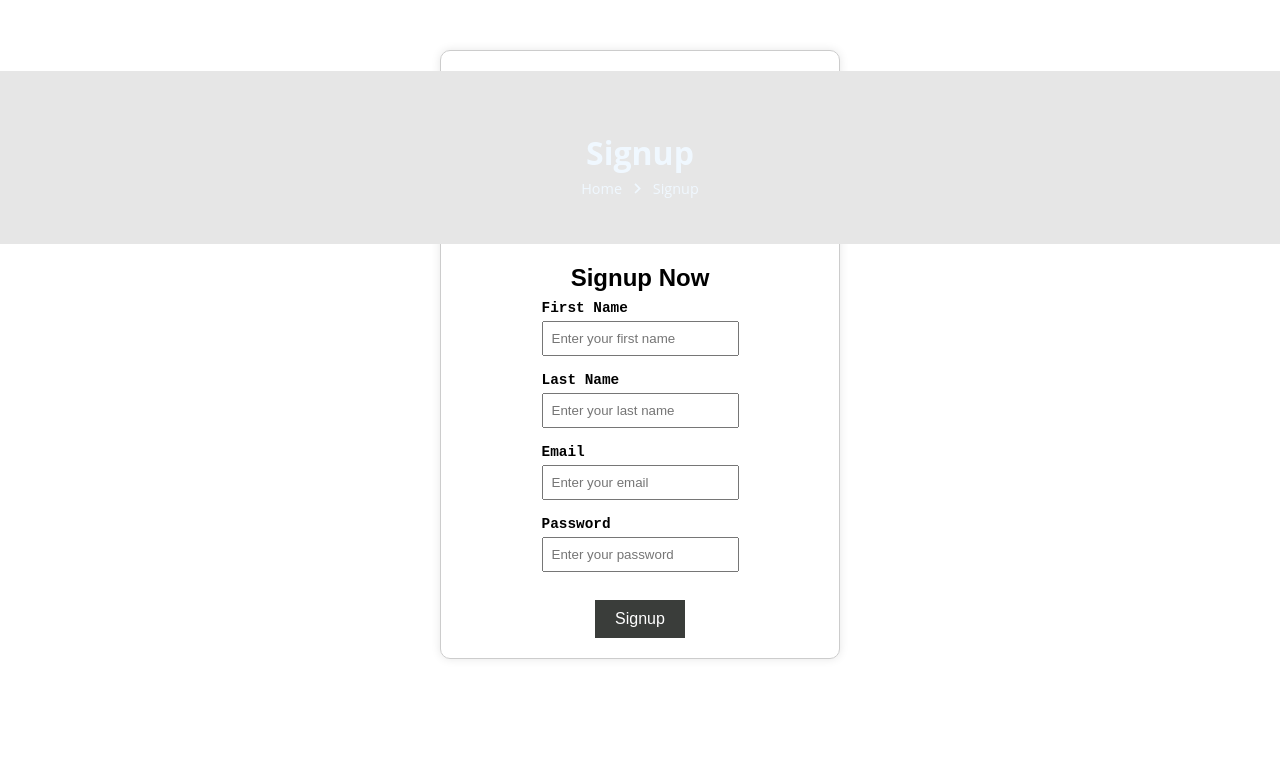
Repository: jkvekariya/Online-store-Management
Page: /auth/signup (app in frontend/client/)
These files come from the project's save history. The page is drawn as it stood at one moment and after the next save; the edit follows.
The browser window is 1280 px wide. The pictures show the whole page.
The project was rebuilt for these pictures with package versions that can differ from the ones it lists, and the page was loaded fresh each time. Also part of the build but not shown: frontend/client/vite.config.js, frontend/client/src/css/header.css, frontend/client/src/css/sidebar.css, frontend/client/src/components/Sidebar.jsx, frontend/client/src/context/CartContext.jsx, frontend/client/src/components/Header.jsx, frontend/client/src/css/footer.css, frontend/client/src/components/Footer.jsx and 11 more.

Above is the page before, as saved 2026-01-02 13:35:55.

### frontend/client/index.html
<!doctype html>
<html lang="en">
  <head>
    <meta charset="UTF-8" />
    <link rel="icon" type="image/svg+xml" href="/vite.svg" />
    <meta name="viewport" content="width=device-width, initial-scale=1.0" />
    <title>Online Store Management System</title>
  </head>
  <body>
    <div id="root"></div>
    <script type="module" src="/src/main.jsx"></script>
  </body>
</html>

### frontend/client/src/main.jsx
import React from 'react'
import ReactDOM from 'react-dom/client'
import { BrowserRouter } from 'react-router-dom'
import App from './App.jsx'
import './index.css'

ReactDOM.createRoot(document.getElementById('root')).render(
  <React.StrictMode>
    <BrowserRouter>
      <App />
    </BrowserRouter>
  </React.StrictMode>,
)

### frontend/client/src/App.jsx
import { Routes, Route } from "react-router-dom";

import AuthLayout from "./layout/AuthLayout";
import UserLayout from "./layout/UserLayout";
import AdminLayout from "./layout/AdminLayout";

import Login from "./pages/auth/Login";
import Signup from "./pages/auth/Signup";
import Home from "./pages/user/Home";
import Dashboard from "./pages/admin/Dashboard";
import Contact from "./pages/user/Contact";
import About from "./pages/user/About";
import Services from "./pages/user/Services";
import Shop from "./pages/user/Shop";

function App() {
  return (
    <Routes>

      {/* AUTH ROUTES */}
      <Route path="/auth" element={<AuthLayout />}>
        <Route path="login" element={<Login />} />
        <Route path="signup" element={<Signup />} />
      </Route>

      {/* USER ROUTES */}
      <Route path="/" element={<UserLayout />}>
        <Route index element={<Home />} />
        <Route path="pages/user/contact" element={<Contact />} />
        <Route path="pages/user/about" element={<About />} />
        <Route path="pages/user/services" element={<Services />} />
        <Route path="pages/user/shop" element={<Shop />} />
      </Route>

      {/* ADMIN ROUTES */}
      <Route path="/admin" element={<AdminLayout />}>
        <Route path="dashboard" element={<Dashboard />} />
      </Route>

    </Routes>
  );
}

export default App;

### frontend/client/src/index.css
* {
  margin: 0;
  padding: 0;
  box-sizing: border-box;
}

#root {
  min-height: 100vh;
}

### frontend/client/src/layout/AuthLayout.jsx
import { Outlet } from "react-router-dom";

const AuthLayout = () => {
  return (
    <div>
      {/* <h2>Auth Section</h2> */}
      <Outlet />
    </div>
  );
};

export default AuthLayout;

### frontend/client/src/pages/auth/Signup.jsx
import React, { useState } from 'react'
import "../../css/signup.css"
import Bodyheader from '../../components/BodyHeader';

const Signup = () => {

    const [email,setEMail] = useState("");
    const [password,setPassword] = useState("");
    const [firstName,setFirstName] = useState("");
    const [lastName,setLastName] = useState("");

  return (
    <>
    <div className='main-container'>
        <Bodyheader title="Signup" />
      <h2>Signup Now</h2>
      <div className='first-name-box'>
            <label htmlFor="text">First Name</label>
            <input type="text"
            id="first-name"
            value={firstName}
            onChange={(e) => setFirstName(e.target.value)}
            placeholder='Enter your first name'
            />
        </div>
        <div className='last-name-box'>
            <label htmlFor="text">Last Name</label>
            <input type="text"
            id="last-name"
            value={lastName}
            onChange={(e) => setLastName(e.target.value)}
            placeholder='Enter your last name'
            />
        </div>
        <div className='email-box'>
            <label htmlFor="email">Email</label>
            <input type="email"
            id="email"
            value={email}
            onChange={(e) => setEMail(e.target.value)}
            placeholder='Enter your email'
            />
        </div>
        <div className='password-box'>
            <label htmlFor="password">Password</label>
            <input type="password"
            id="password"
            value={password}
            onChange={(e) => setPassword(e.target.value)}
            placeholder='Enter your password'
            />
        </div>
      <div className='btn'>
            <button onClick={() => {}}>Signup</button>
      </div>
    </div>
    </>
  )
}

export default Signup

### frontend/client/src/css/login.css
.main-container{
    width: 400px;
    margin: auto;
    border: 1px solid #ccc;
    padding: 20px;
    border-radius: 10px;
    box-shadow: 0 0 10px rgba(0, 0, 0, 0.1);
    margin-top: 50px;
    font-family: Arial, sans-serif;
    display: flex;
    justify-content: center;
    align-items: center;
    flex-direction: column;
}

label{
    font-size: 0.9rem;
    display: block;
    font-family: 'Courier New', Courier, monospace;
    font-weight: 700;
    /* margin-bottom: 5px; */
}

.main-container .email-box,.password-box{
 margin: 0.5rem 0;
}

input{
    padding: 8px;
    width: 100%;
    margin-top: 5px;
}

.main-container h2{
    text-align: center;
    margin-top: 20px;
}

.btn{
    width: 100%;
    text-align: center;
}

button{
    margin-top: 20px;
    padding: 10px 20px;
    font-size: 16px;
    cursor: pointer;
    background-color: #3a3d3a;
    color: white;
    border: none;
}

### frontend/client/src/css/signup.css
.main-container{
    width: 400px;
    margin: auto;
    border: 1px solid #ccc;
    padding: 20px;
    border-radius: 10px;
    box-shadow: 0 0 10px rgba(0, 0, 0, 0.1);
    margin-top: 50px;
    font-family: Arial, sans-serif;
    display: flex;
    justify-content: center;
    align-items: center;
    flex-direction: column;
}

label{
    font-size: 0.9rem;
    display: block;
    font-family: 'Courier New', Courier, monospace;
    font-weight: 700;
    /* margin-bottom: 5px; */
}

.main-container .email-box,.password-box,.first-name-box,.last-name-box{
 margin: 0.5rem 0;
}

input{
    padding: 8px;
    width: 100%;
    margin-top: 5px;
}

.main-container h2{
    text-align: center;
    margin-top: 20px;
}

.btn{
    width: 100%;
    text-align: center;
}

button{
    margin-top: 20px;
    padding: 10px 20px;
    font-size: 16px;
    cursor: pointer;
    background-color: #3a3d3a;
    color: white;
    border: none;
}

### frontend/client/src/components/BodyHeader.jsx
import "../css/bodyheader.css"
import {Link} from 'react-router-dom'
import { MdKeyboardArrowRight } from "react-icons/md";

const Bodyheader = ({title}) => {
  return (
    <>
        <div className="b-header-bg">
            <div className="page-title">
                <h2>{title}</h2>
                <div className="ul-links">
                <ul>
                    <li>
                        <Link to='/Home'>Home</Link>
                    </li>
                       <li><MdKeyboardArrowRight/></li>
                    <li>
                        <Link to=''>{title}</Link>
                    </li>
                </ul>
                </div>
            </div>
        </div>
    </>
  )
}

export default Bodyheader;

### frontend/client/src/css/bodyheader.css
* {
    padding: 0;
    margin: 0;
    box-sizing: border-box;
  }

:root {
    --background-color: #E6E6E6;
}

  .b-header-bg {
    height: 24vh;
    width: 100vw;
    /* background-color: aqua; */
    background: var(--background-color);
    /* background-blend-mode: darken; */
    /* background-size: cover; */
    /* background-repeat: no-repeat; */
    /* background-position: center; */
    /* background-position-y: 56%; */
    display: flex;
    justify-content: center;
    align-items: center;
  }

  .b-header-bg .page-title {
    height: 10rem;
    width: 20rem;
    display: grid;
    place-items: center;
    align-content: center;
  }

  .b-header-bg .page-title h2 {
    font-size: 2rem;
    color: aliceblue;
    font-family: "Open Sans", sans-serif;
    font-weight: 700;
    font-style: normal;
    position: relative;
    z-index: 100;
  }

   .b-header-bg .page-title .ul-links ul{
    /* height: 4rem; */
    width: 10rem;
    display: flex;
    justify-content: center;
    align-items: center;
    gap:0;
  }

  .b-header-bg .page-title .ul-links ul li{
    /* height: 2rem; */
    display: flex;
    justify-content: center;
    align-items: center;
  }

  .b-header-bg .page-title .ul-links ul li svg{
      font-size: 1.3rem;
      color: aliceblue;
  }

  .b-header-bg .page-title .ul-links ul li a{
    width: max-content;
    text-decoration: none;
    padding: 5px;
    color: aliceblue;
    font-family: "Open Sans", sans-serif;
    font-weight: 400;
    font-size: 0.9rem;
    font-style: normal;
  }

  .b-header-bg .page-title .ul-links ul li a:hover{
      color: #dd2476;
  }

Loaded but not shown: frontend/client/src/css/header.css (no copy from this time; the picture is the same without it)

After the next save:
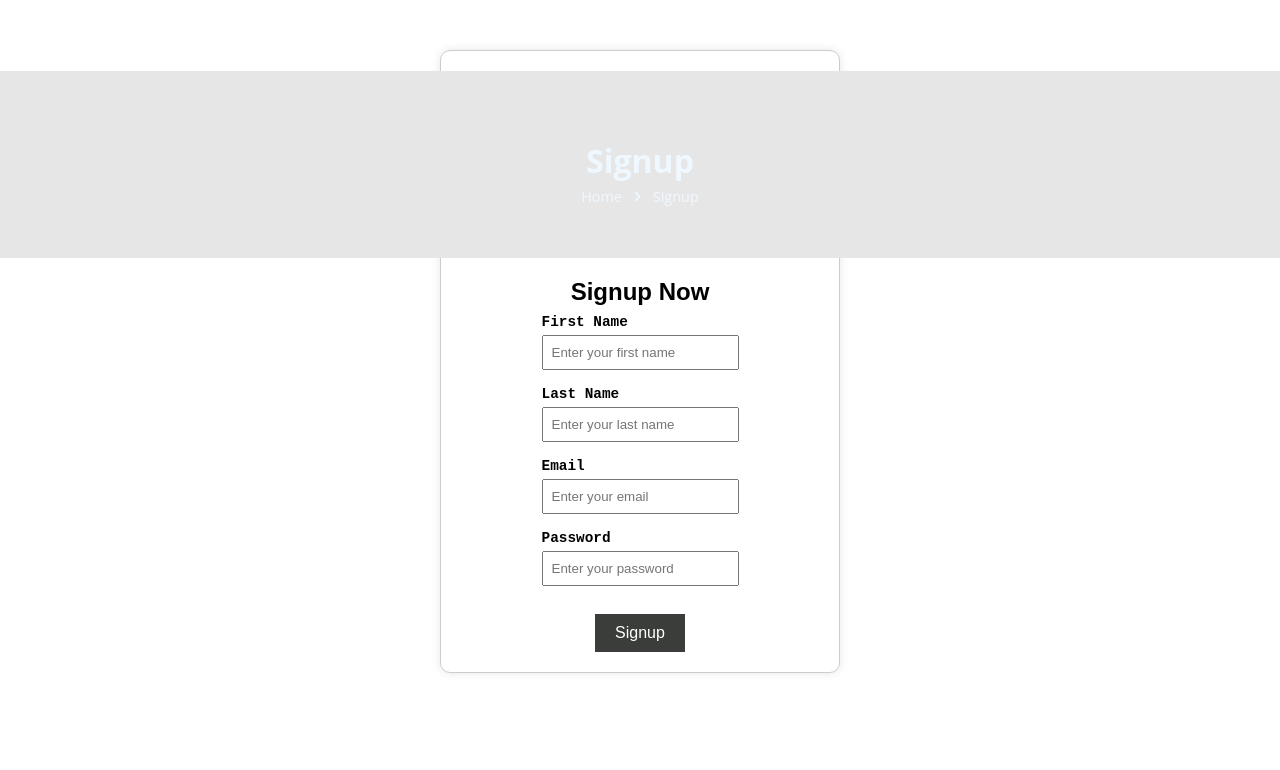
Saved 4 s later.
--- a/frontend/client/src/css/bodyheader.css
+++ b/frontend/client/src/css/bodyheader.css
@@ -9,7 +9,7 @@
 }
 
   .b-header-bg {
-    height: 24vh;
+    height: 26vh;
     width: 100vw;
     /* background-color: aqua; */
     background: var(--background-color);
